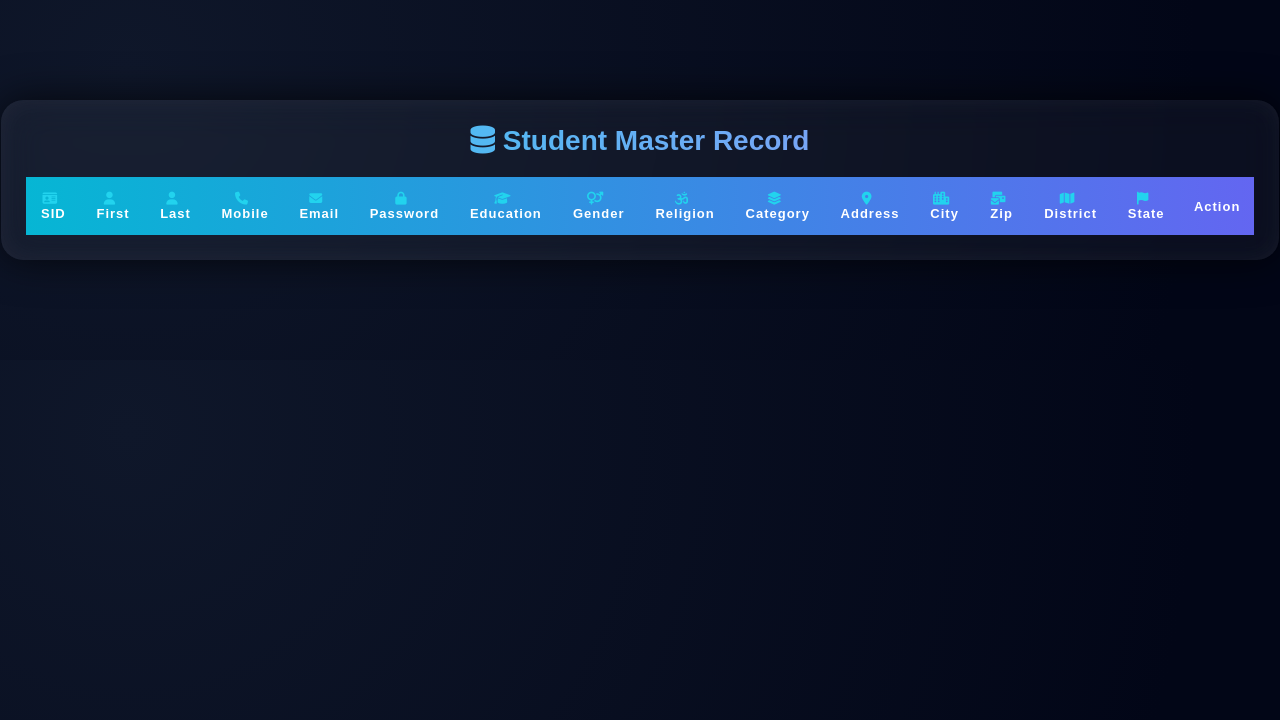
Repository: Pintu-6545/Java_Programming
Page: http://localhost/Students/view.jsp
These files come from the project's save history. The page is drawn as it stood at one moment and after the next save; the edit follows.
The browser window is 1280 px wide. The pictures show the whole page.
The page is served by Tomcat 10. Other server files are loaded and not shown. Queries for data that is not in the repository find no rows.

Above is the page before, as saved 2026-02-07 05:46:54.

### Assessement/Student Management/Students/src/main/webapp/view.jsp
<%@page import="com.dao.StudentDao"%>
<%@page import="com.bean.Student"%>
<%@page import="java.util.List"%>
<%@ page language="java" contentType="text/html; charset=UTF-8"
    pageEncoding="UTF-8"%>
<!DOCTYPE html>
<html lang="en">
<head>
<meta charset="UTF-8">
<title>Student Table</title>

<link rel="stylesheet"
href="https://cdnjs.cloudflare.com/ajax/libs/font-awesome/6.5.0/css/all.min.css">
<link rel="stylesheet" href="css/view.css">
</head>

<body>

<div class="table-container">

<div class="title">
<i class="fa-solid fa-database"></i>
Student Master Record
</div>

<table>

<thead>
<tr>
<th><i class="fa fa-id-card icon"></i>SID</th>
<th><i class="fa fa-user icon"></i>First</th>
<th><i class="fa fa-user icon"></i>Last</th>
<th><i class="fa fa-phone icon"></i>Mobile</th>
<th><i class="fa fa-envelope icon"></i>Email</th>
<th><i class="fa fa-lock icon"></i>Password</th>
<th><i class="fa fa-graduation-cap icon"></i>Education</th>
<th><i class="fa fa-venus-mars icon"></i>Gender</th>
<th><i class="fa fa-om icon"></i>Religion</th>
<th><i class="fa fa-layer-group icon"></i>Category</th>
<th><i class="fa fa-location-dot icon"></i>Address</th>
<th><i class="fa fa-city icon"></i>City</th>
<th><i class="fa fa-mail-bulk icon"></i>Zip</th>
<th><i class="fa fa-map icon"></i>District</th>
<th><i class="fa fa-flag icon"></i>State</th>
<th>Action</th>
</tr>
</thead>

<tbody>
<%
	List<Student> list = StudentDao.getAllEmployees();
   		for(Student s:list)
   		{
%>
<tr>
<td><%=s.getSid() %></td>
<td><%=s.getFname() %></td>
<td><%=s.getLname()%></td>
<td><%=s.getMobile() %></td>
<td><%=s.getEmail() %></td>
<td><%=s.getPassword()%></td>
<td><%=s.getEducation() %></td>
<td><%=s.getGender() %></td>
<td><%=s.getReligion() %></td>
<td><%=s.getCategory() %></td>
<td><%=s.getAddress() %></td>
<td></td>
<td>380024</td>
<td>Ahmedabad</td>
<td>Gujarat</td>

<td>
<button class="btn edit">
<i class="fa fa-pen"></i> Edit
</button>

<button class="btn delete">
<i class="fa fa-trash"></i> Delete
</button>
</td>
</tr>
<%
   		}
%>
</tbody>

</table>
</div>

</body>
</html>

### Assessement/Student Management/Students/src/main/java/com/dao/StudentDao.java
package com.dao;

import java.sql.Connection;
import java.sql.PreparedStatement;
import java.sql.ResultSet;
import java.util.ArrayList;
import java.util.List;

import com.bean.Student;
import com.util.StudentUtil;

public class StudentDao {

		public static void insertStudent(Student s)
		{

			try {

				Connection conn = StudentUtil.createConnection();
				String sql="insert into students(fname,lname,mobile,email,password,education,gender,religion,category,address,city,zipcode,district,state) values(?,?,?,?,?,?,?,?,?,?,?,?,?,?)";
				PreparedStatement pst = conn.prepareStatement(sql);
				pst.setString(1, s.getFname());
				pst.setString(2, s.getLname());
				pst.setLong(3, s.getMobile());
				pst.setString(4, s.getEmail());
				pst.setString(5, s.getPassword());
				pst.setString(6, s.getEducation());
				pst.setString(7, s.getGender());
				pst.setString(8, s.getReligion());
				pst.setString(9, s.getCategory());
				pst.setString(10, s.getAddress());
				pst.setString(11, s.getCity());
				pst.setLong(12, s.getZipcode());
				pst.setString(13, s.getDistrict());
				pst.setString(14, s.getState());
				pst.executeUpdate();

			} catch (Exception e) {
				e.printStackTrace();
			}

		}

		public static List<Student> getAllEmployees()
		{
			List<Student> list = new ArrayList<Student>();
			try {
				Connection conn=StudentUtil.createConnection();
				String sql="select * from students";
				PreparedStatement pst = conn.prepareStatement(sql);
				ResultSet rs = pst.executeQuery();
				while(rs.next())
				{
					Student s = new Student();
					s.setSid(rs.getInt("sid"));
					s.setFname(rs.getString("fname"));
					s.setLname(rs.getString("lname"));
					s.setMobile(rs.getLong("mobile"));
					s.setEmail(rs.getString("email"));
					s.setPassword(rs.getString("password"));
					s.setEducation(rs.getString("education"));
					s.setGender(rs.getString("gender"));
					s.setReligion(rs.getString("religion"));
					s.setCategory(rs.getString("category"));
					s.setAddress(rs.getString("address"));
					s.setCity(rs.getString("city"));
					s.setZipcode(rs.getLong("zipcode"));
					s.setDistrict(rs.getString("district"));
					s.setState(rs.getString("state"));
				}
			} catch (Exception e) {
				e.printStackTrace();
			}

			return list;
		}

}

### Assessement/Student Management/Students/src/main/java/com/util/StudentUtil.java
package com.util;

import java.net.ConnectException;
import java.sql.Connection;
import java.sql.DriverManager;

public class StudentUtil {

	public static Connection createConnection()
	{
		Connection conn = null;

		try {

			Class.forName("com.mysql.jdbc.Driver");
			conn=DriverManager.getConnection("jdbc:mysql://localhost/student_management_db","root","");
		} catch (Exception e) {

			e.printStackTrace();
		}
		return conn;
	}
}

### Assessement/Student Management/Students/src/main/webapp/css/view.css
/* Background */
body{
    margin:0;
    font-family:'Poppins',sans-serif;
    background:
    radial-gradient(circle at 10% 20%, #0f172a, #020617 90%);
    height:50vh;
    display:flex;
    justify-content:center;
    align-items:center;
    color:#fff;
}

/* Glass Container */
.table-container{
    width:96%;
    padding:25px;
    border-radius:22px;
    background:rgba(255,255,255,0.04);
    backdrop-filter:blur(18px);
    box-shadow:
    0 0 40px rgba(0,0,0,0.7),
    inset 0 0 25px rgba(255,255,255,0.05);
    animation:fadeIn 1s ease;
}

/* Title */
.title{
    text-align:center;
    font-size:28px;
    margin-bottom:20px;
    background:linear-gradient(90deg,#22d3ee,#a78bfa);
    -webkit-background-clip:text;
    -webkit-text-fill-color:transparent;
    font-weight:600;
}

/* Table */
table{
    width:100%;
    border-collapse:collapse;
}

/* Header */
thead{
    background:linear-gradient(90deg,#06b6d4,#6366f1);
}

th{
    padding:14px;
    font-size:13px;
    letter-spacing:1px;
}

/* Cells */
td{
    padding:12px;
    text-align:center;
    font-size:14px;
    border-bottom:1px solid rgba(255,255,255,0.05);
}

/* Row Hover */
tbody tr{
    transition:0.35s;
}

tbody tr:hover{
    background:linear-gradient(
    90deg,
    rgba(34,211,238,0.15),
    rgba(167,139,250,0.15)
    );
    transform:scale(1.01);
    box-shadow:0 0 18px rgba(34,211,238,0.35);
}

/* Icons */
.icon{
    color:#22d3ee;
    margin-right:6px;
}

/* Buttons Base */
.btn{
    border:none;
    padding:7px 16px;
    border-radius:25px;
    color:#fff;
    cursor:pointer;
    font-size:13px;
    transition:0.35s;
}

/* Edit Button */
.edit{
    background:linear-gradient(45deg,#22c55e,#4ade80);
}

.edit:hover{
    box-shadow:0 0 15px #22c55e;
    transform:translateY(-2px);
}

/* Delete Button */
.delete{
    background:linear-gradient(45deg,#f43f5e,#fb7185);
}

.delete:hover{
    box-shadow:0 0 15px #f43f5e;
    transform:translateY(-2px);
}

/* Animation */
@keyframes fadeIn{
    from{opacity:0; transform:translateY(40px);}
    to{opacity:1; transform:translateY(0);}
}

After the next save:
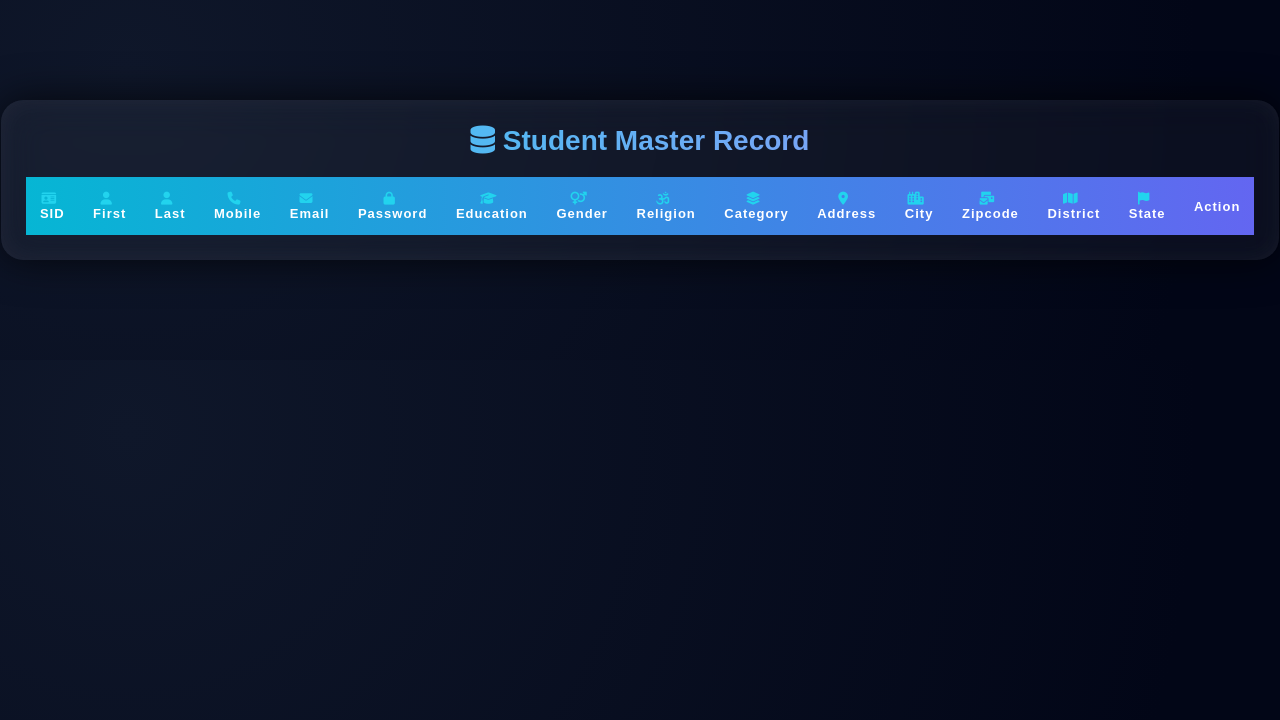
Saved 2 min 24 s later.
--- a/Assessement/Student Management/Students/src/main/webapp/view.jsp
+++ b/Assessement/Student Management/Students/src/main/webapp/view.jsp
@@ -39,7 +39,7 @@ Student Master Record
 <th><i class="fa fa-layer-group icon"></i>Category</th>
 <th><i class="fa fa-location-dot icon"></i>Address</th>
 <th><i class="fa fa-city icon"></i>City</th>
-<th><i class="fa fa-mail-bulk icon"></i>Zip</th>
+<th><i class="fa fa-mail-bulk icon"></i>Zipcode</th>
 <th><i class="fa fa-map icon"></i>District</th>
 <th><i class="fa fa-flag icon"></i>State</th>
 <th>Action</th>
@@ -64,10 +64,10 @@ Student Master Record
 <td><%=s.getReligion() %></td>
 <td><%=s.getCategory() %></td>
 <td><%=s.getAddress() %></td>
-<td></td>
-<td>380024</td>
-<td>Ahmedabad</td>
-<td>Gujarat</td>
+<td><%=s.getCity() %></td>
+<td><%=s.getZipcode() %></td>
+<td><%=s.getDistrict()%></td>
+<td><%=s.getState() %></td>
 
 <td>
 <button class="btn edit">
